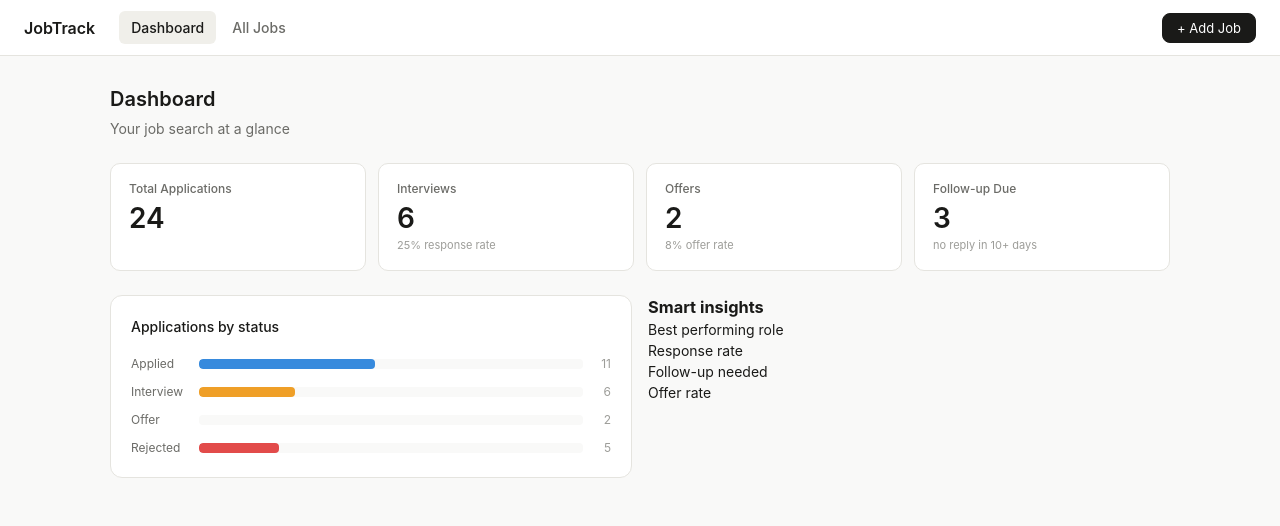
Repository: adtm0/jobtracker
Page: /dashboard (app in frontend/)
An editor plug-in stored every save of this project. The page is shown before and after a run of saves, followed by the edit.
The browser window is 1280 px wide. The pictures show the whole page.
The project was rebuilt for these pictures with package versions that can differ from the ones it lists, and the page was loaded fresh each time. Also part of the build but not shown: frontend/vite.config.js, frontend/src/pages/Login.jsx, frontend/src/pages/Register.jsx, frontend/src/pages/Jobs.jsx, frontend/src/pages/JobForm.jsx.

Above is the page before, as saved 2026-04-19 21:39:48.

After the next 2 saves:
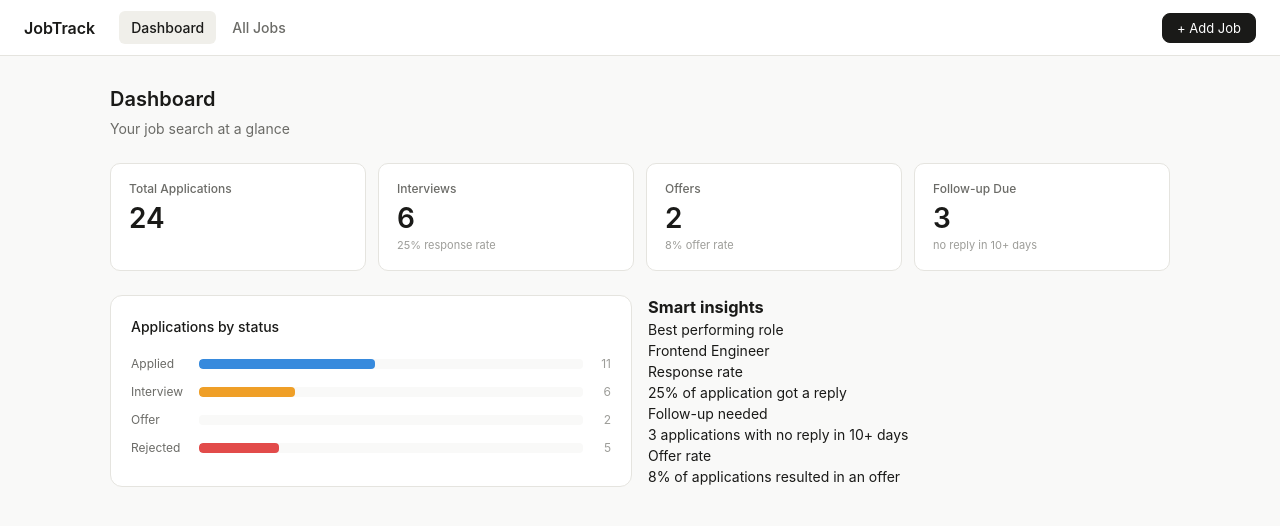
The 2 saves are shown as one change because they came seconds apart.
The last was saved 5 s later.
--- a/frontend/src/pages/Dashboard.jsx
+++ b/frontend/src/pages/Dashboard.jsx
@@ -172,7 +172,7 @@ export default function Dashboard() {
             ].map(({ label, value }) => (
               <div>
                 <div>{label}</div>
-                <div></div>
+                <div>{value}</div>
               </div>
             ))}
           </div>
